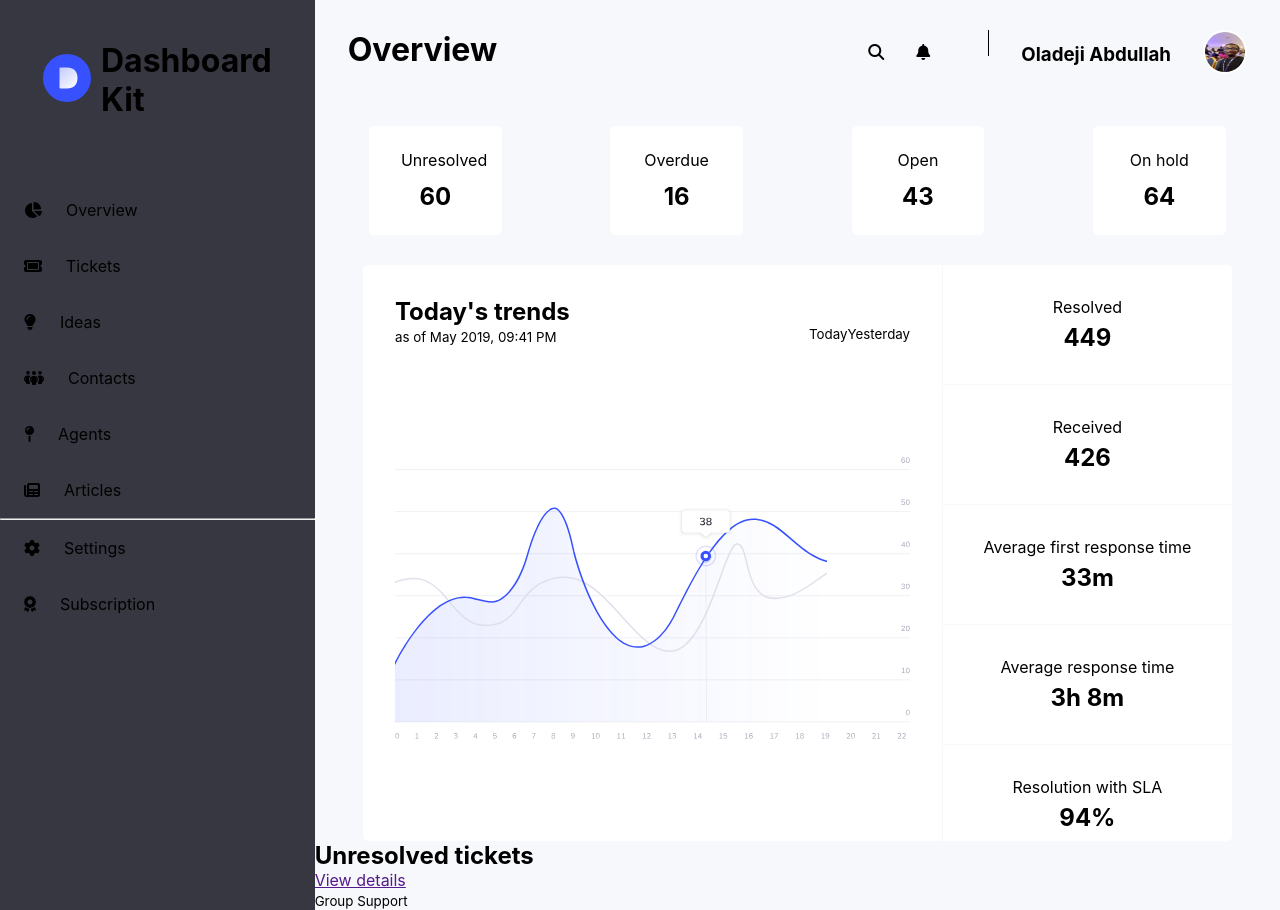
Repository: BuduCE/dashboard
Page: /
These files come from the project's save history. The page is drawn as it stood at one moment and after a run of saves; the edit follows.
The browser window is 1280 px wide. The pictures show the whole page.
Some web libraries are served in a nearby version. The project was rebuilt for these pictures with package versions that can differ from the ones it lists, and the page was loaded fresh each time.

Above is the page before, as saved 2022-08-04 07:48:54.

After the next 2 saves:
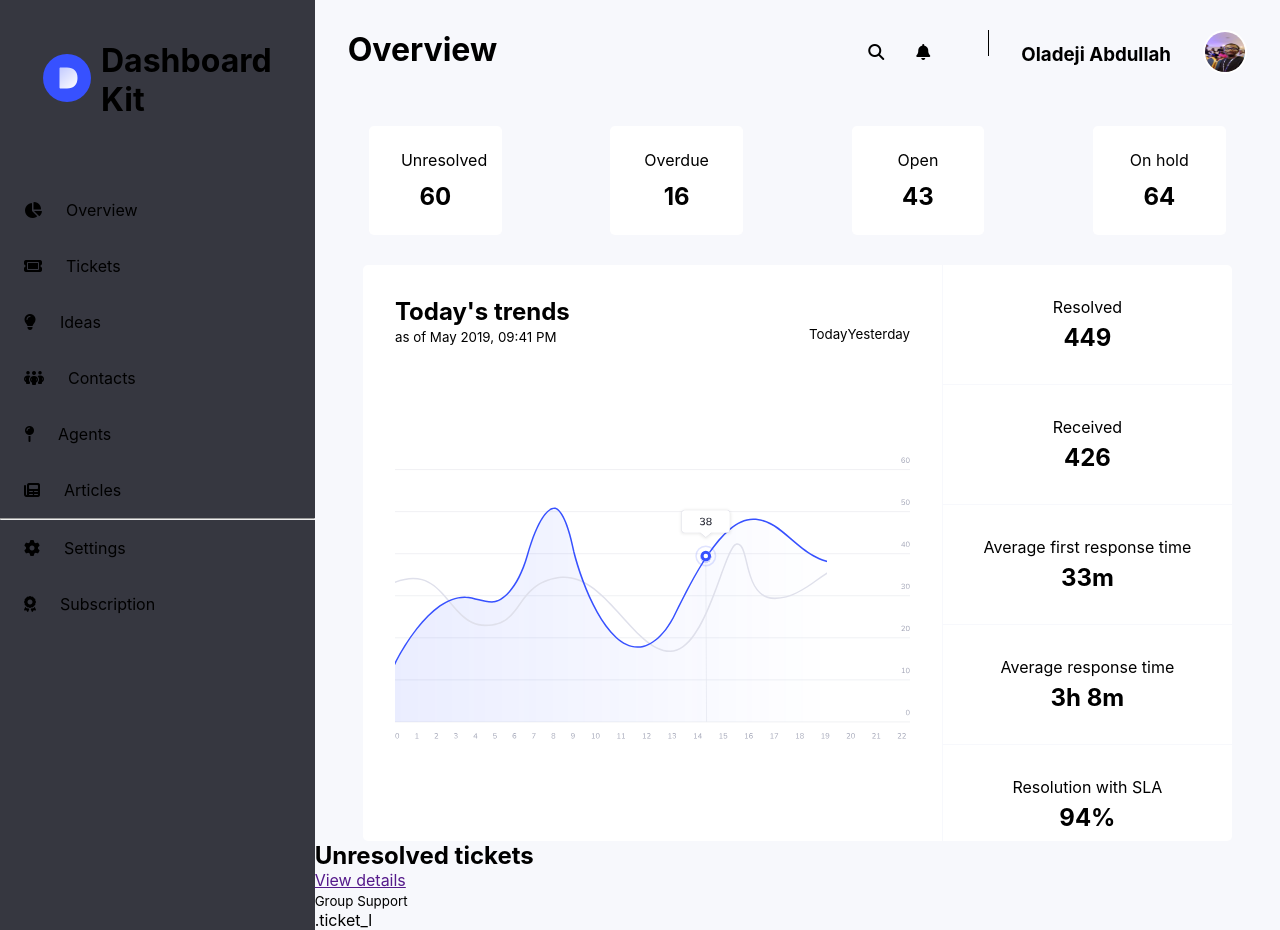
The 2 saves are shown as one change because they came seconds apart.
The last was saved 10 s later.
--- a/src/pages/Overview/index.jsx
+++ b/src/pages/Overview/index.jsx
@@ -81,7 +81,7 @@
                     </div>
                     <small>Group Support</small>
                 </div>
-
+                .ticket_l
             </div>
             <div className="task"></div>
         </div>

After the save that followed:
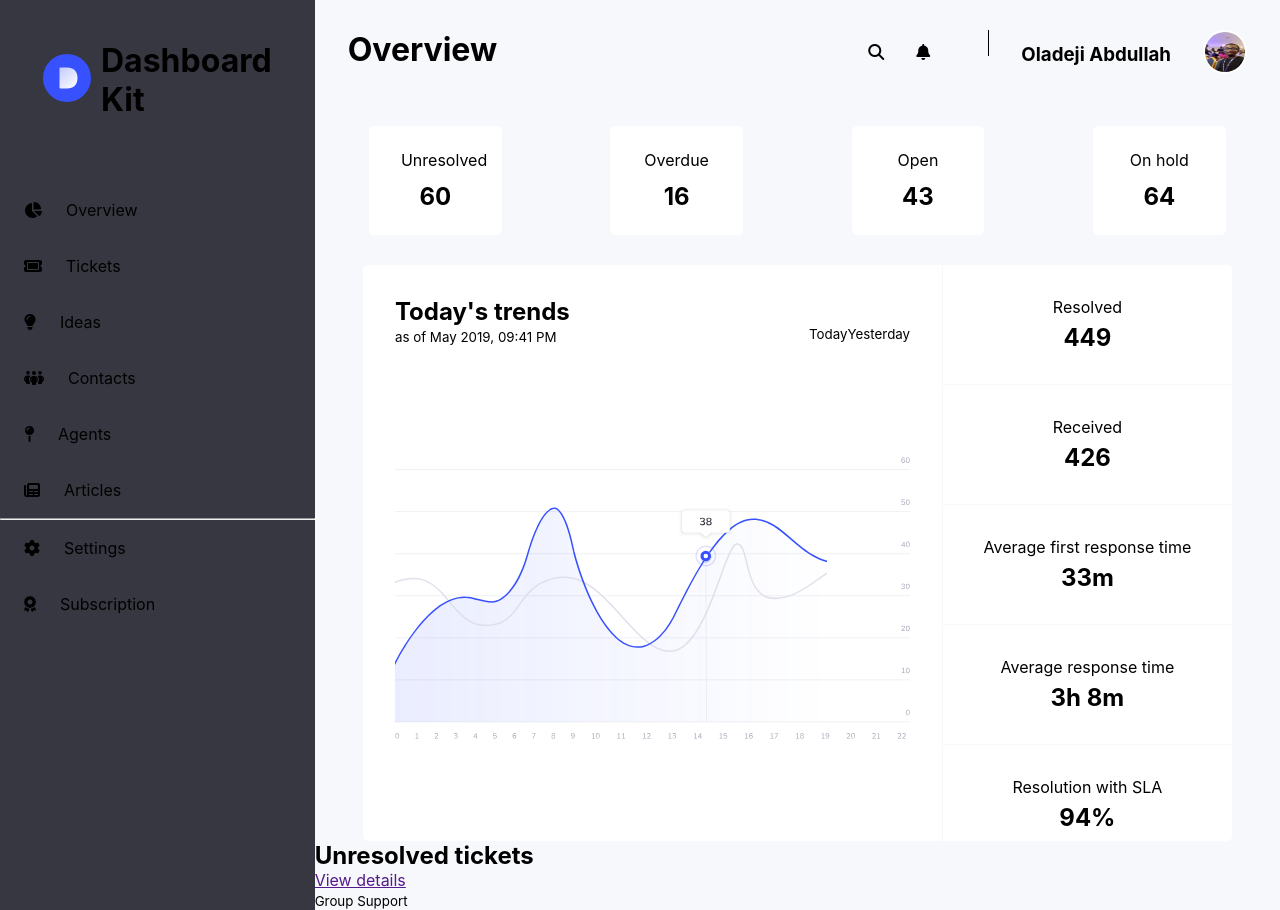
Saved 4 s later.
--- a/src/pages/Overview/index.jsx
+++ b/src/pages/Overview/index.jsx
@@ -81,7 +81,9 @@
                     </div>
                     <small>Group Support</small>
                 </div>
-                .ticket_l
+                <div className="ticket_list">
+
+                </div>
             </div>
             <div className="task"></div>
         </div>
